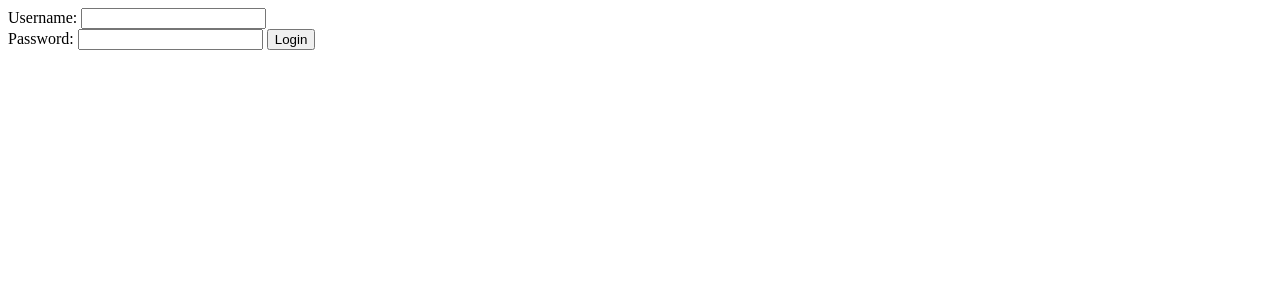
Repository: 164424-RoshanKanwal/All_Assignments
Page: UserValidation2/WebContent/html/login.html
These files come from the project's save history. The page is drawn as it stood at one moment and after the next save; the edit follows.
The browser window is 1280 px wide. The pictures show the whole page.

Above is the page before, as saved 2018-12-05 02:42:32.

After the next save:
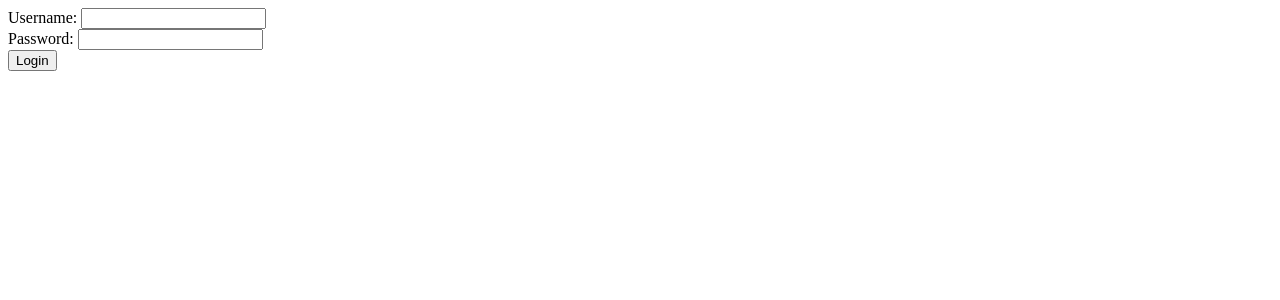
Saved 28 s later.
--- a/UserValidation2/WebContent/html/login.html
+++ b/UserValidation2/WebContent/html/login.html
@@ -7,7 +7,7 @@
 <body>
 <form action="/validate2" method ="post">
 Username:  <input type= "text" name = "userName"><br>
-Password:  <input type = "password" name= "password">
+Password:  <input type = "password" name= "password"><br>
 <input type = "submit" value= "Login">
 </form>
 </body>
